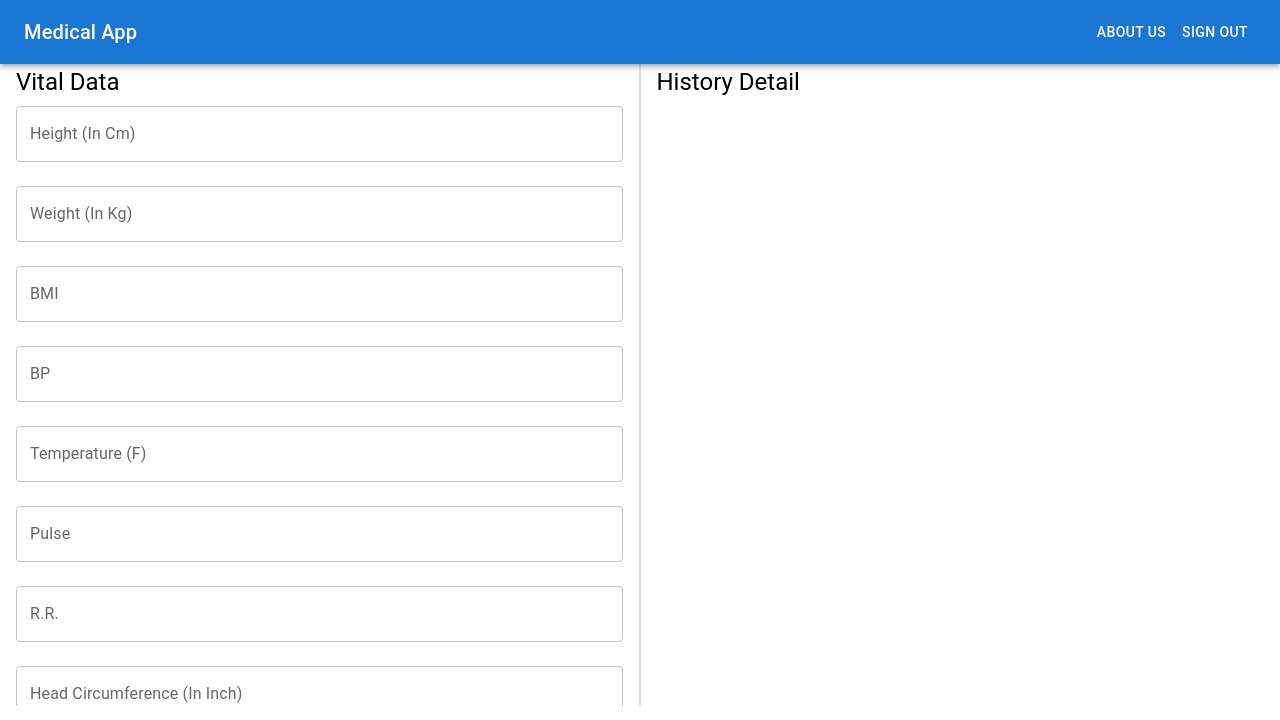
Repository: sshaiv/demo_project
Page: /
The author's editor kept a copy of each file at every save. The page is drawn from the files as they stood at one save, then again after a run of saves.
The browser window is 1280 px wide. The pictures show the whole page.
An inner scrolling area shows only its first screen. The project was rebuilt for these pictures with package versions that can differ from the ones it lists, and the page was loaded fresh each time.

Above is the page before, as saved 2024-08-12 20:20:26.

After the next 2 saves:
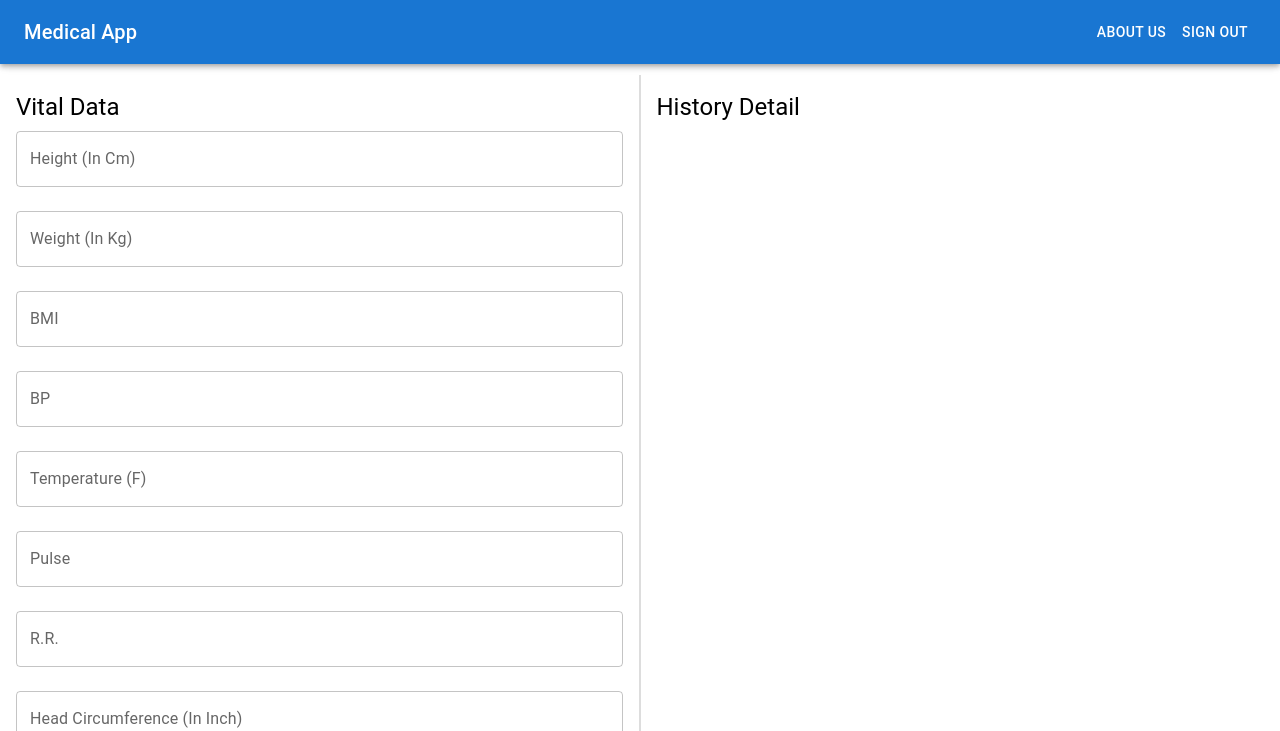
The 2 saves are shown as one change because they came seconds apart.
The last was saved 38 s later.
--- a/src/App.js
+++ b/src/App.js
@@ -13,7 +13,7 @@ const App = () => {
       <Box
         sx={{
           position:'relative',
-          top:'50px',
+          top:'75px',
           display: 'flex',
           height: 'calc(100vh - 64px)', // Adjust height if you have a header
         }}
